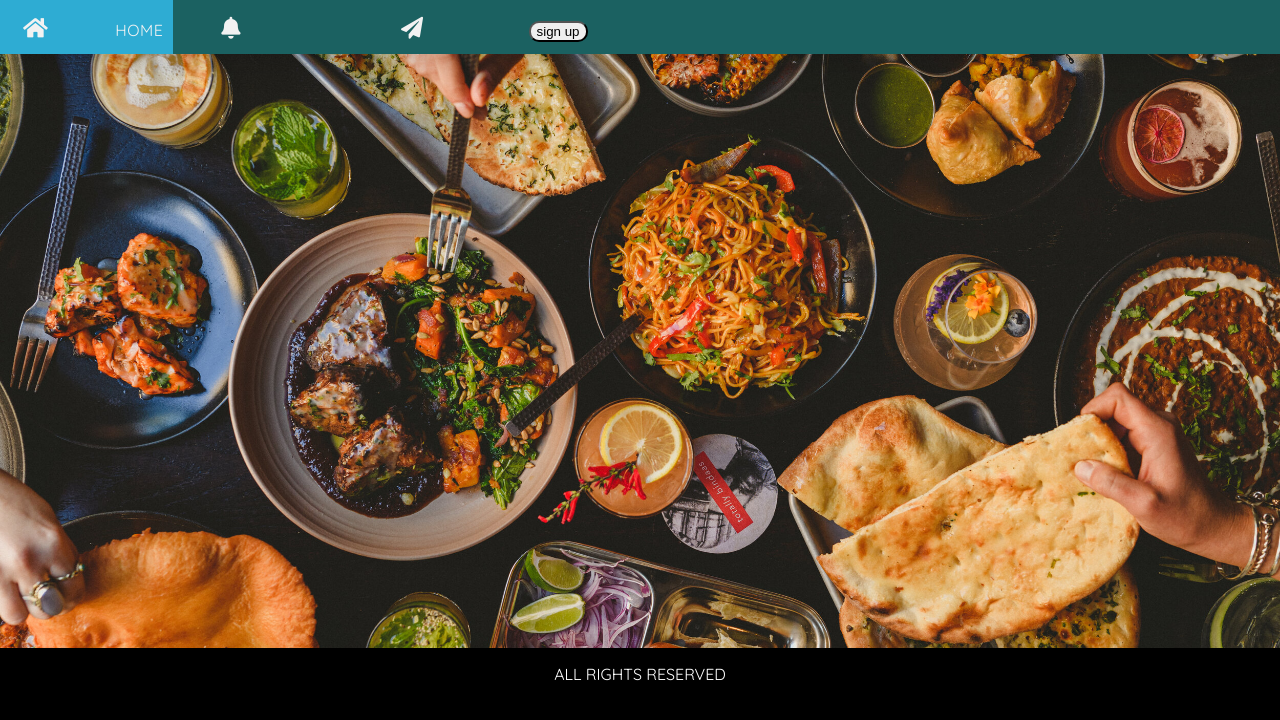
Repository: Anasooya2601/drag-and-drop
Page: extra.html
These files come from the project's save history. The page is drawn as it stood at one moment and after the next save; the edit follows.
The browser window is 1280 px wide. The pictures show the whole page.
Some web libraries are served in a nearby version.

Above is the page before, as saved 2021-02-16 00:31:42.
Console error: TypeError: Cannot set properties of null (setting 'textContent')

After the next save:
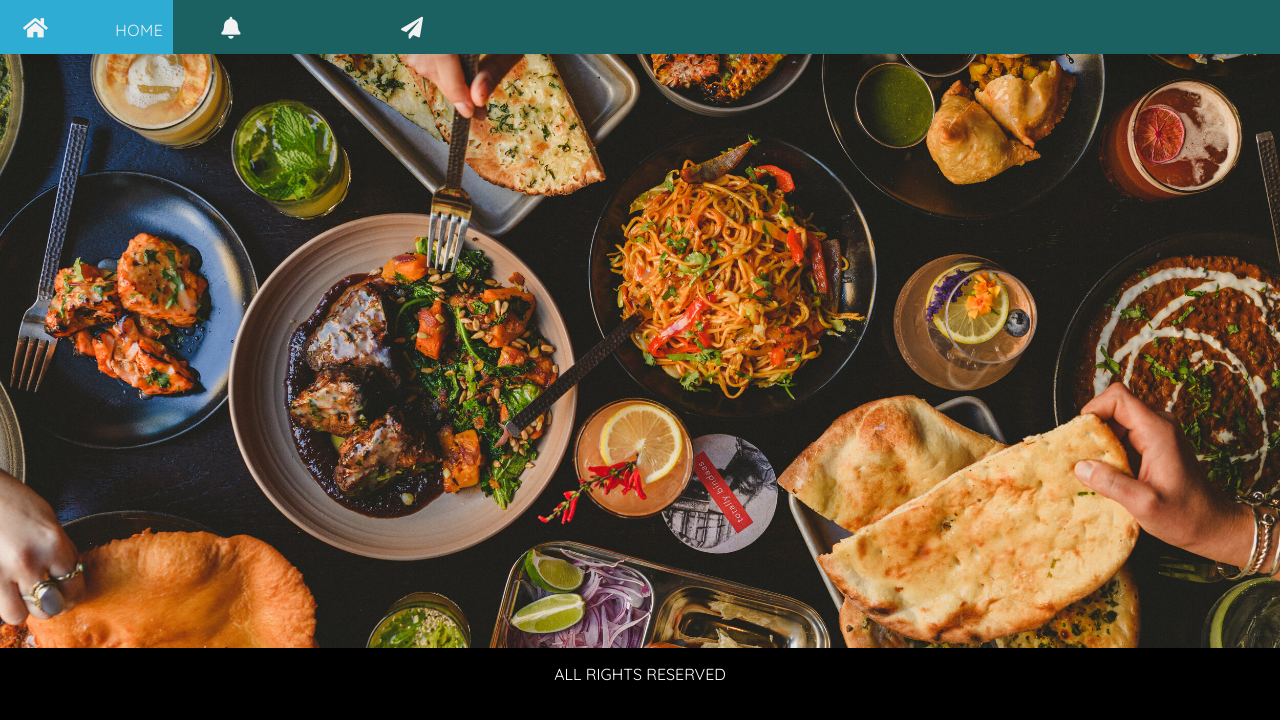
Saved 18 s later.
--- a/extra.html
+++ b/extra.html
@@ -38,7 +38,7 @@
         <li>
             <a href="#">
 
-                <button>sign up</button>
+                <span>sign up</span>
             </a>
         </li>
         <li>
